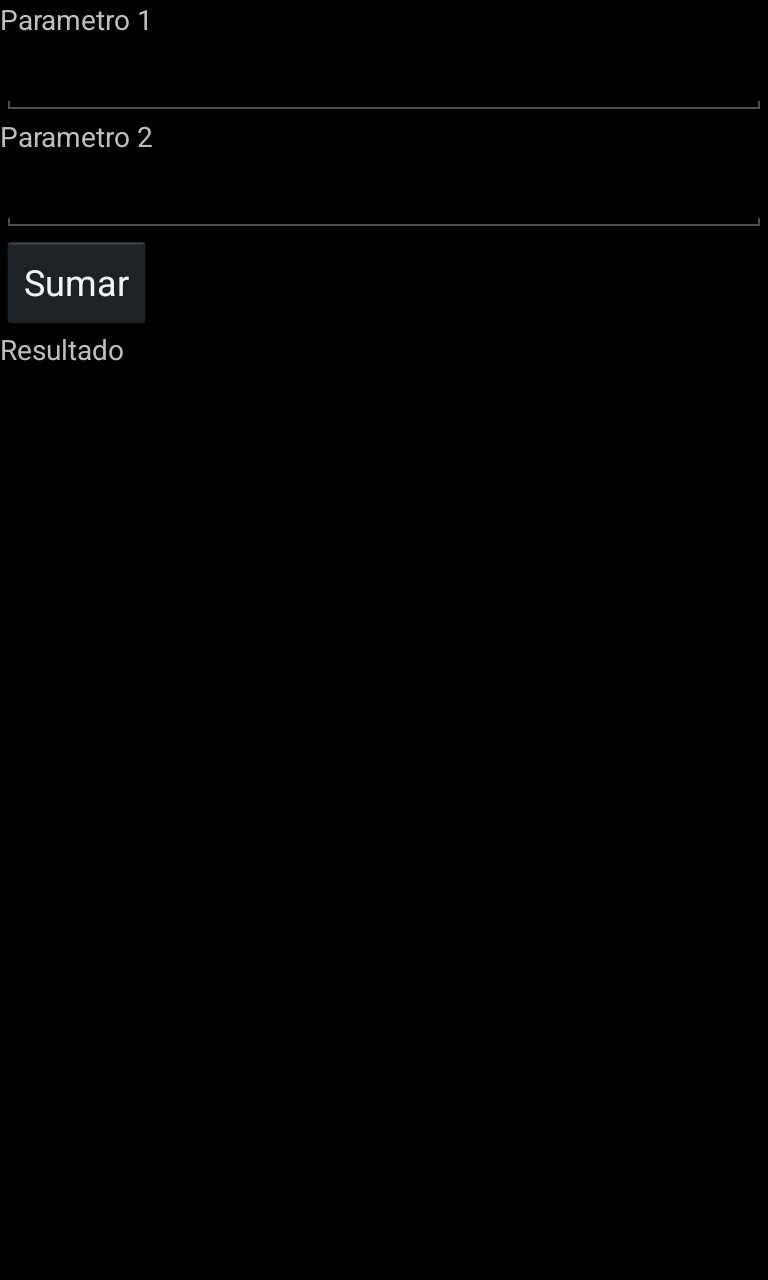
Repository: dorisserruto/un_exercises
Layout: javaandroid/Recursos/workspace-profe/lab11_activity/res/layout/main.xml
An editor plug-in stored every save of this project. The layout is shown before and after the next save, followed by the edit.
It is drawn on a 768 x 1280 px phone screen (xhdpi) without system bars, with theme android:Theme.Holo; the app's code is not run.

Above is the layout before, as saved 2012-06-24 00:50:06.

After the next save:
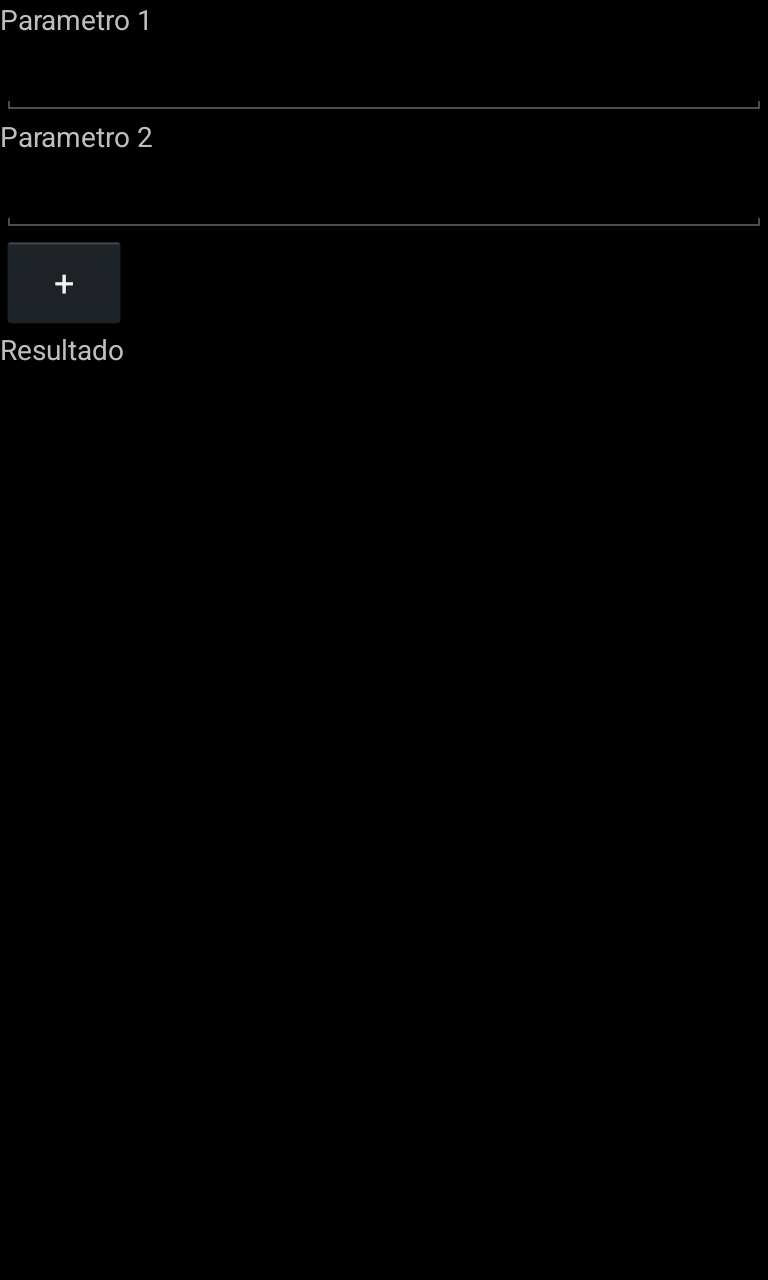
Saved 59 s later.
--- a/javaandroid/Recursos/workspace-profe/lab11_activity/res/layout/main.xml
+++ b/javaandroid/Recursos/workspace-profe/lab11_activity/res/layout/main.xml
@@ -36,7 +36,7 @@
         android:id="@+id/btnProcesar"
         android:layout_width="wrap_content"
         android:layout_height="wrap_content"
-        android:text="Sumar" />
+        android:text="+" />
 
     <TextView
         android:id="@+id/textView3"
